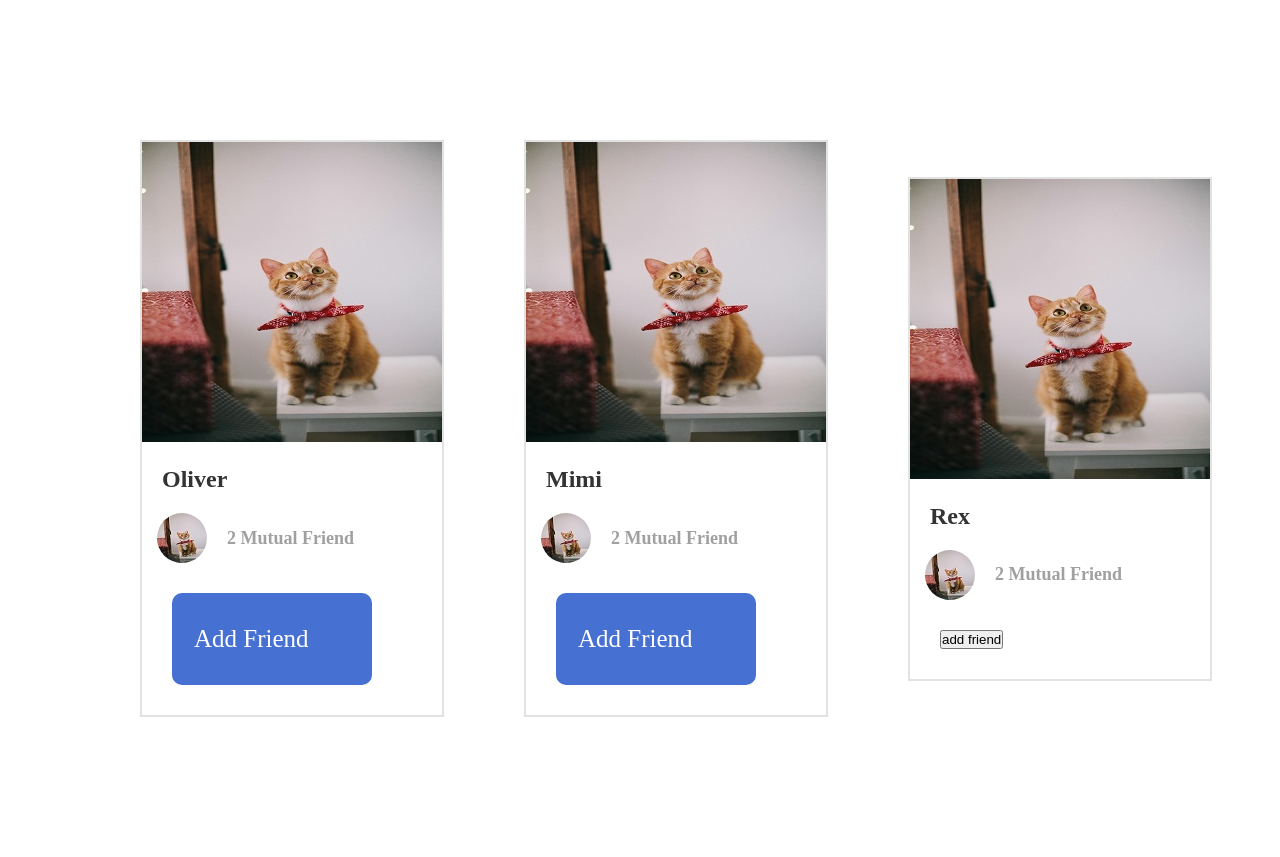
Repository: arifshahriyarnader/css-flexbox
Page: Exercise 2/index.html
These files come from the project's save history. The page is drawn as it stood at one moment and after the next save; the edit follows.
The browser window is 1280 px wide. The pictures show the whole page.

Above is the page before, as saved 2024-06-16 01:44:38.

### Exercise 2/index.html
<!DOCTYPE html>
<html lang="en">
<head>
    <meta charset="UTF-8">
    <meta name="viewport" content="width=device-width, initial-scale=1.0">
    <title>Exercise 2</title>
    <link rel="stylesheet" href="css/style.css">
</head>
<body>
    <section class="fb_add">
        <div class="add">
            <div class="add_content">
                <img src="images/cat1.jpg" alt="cat 1">
                <h2>Oliver</h2>
                <div class="mutual_sec">
                    <img src="images/resizer1.jpg" alt="resizer image">
                    <p>2 Mutual  Friend</p>
                </div>
                <div class="add_friend">
                    <p>add friend</p>
                </div>
            </div>

            <div class="add_content">
                <img src="images/cat1.jpg" alt="cat 1">
                <h2>Mimi</h2>
                <div class="mutual_sec">
                    <img src="images/resizer1.jpg" alt="resizer image">
                    <p>2 Mutual  Friend</p>
                </div>
                <div class="add_friend">
                    <p>add friend</p>
                </div>
            </div>

            <div class="add_content">
                <img src="images/cat1.jpg" alt="cat 1">
                <h2>Rex</h2>
                <div class="mutual_sec">
                    <img src="images/resizer1.jpg" alt="resizer image">
                    <p>2 Mutual  Friend</p>
                </div>
                <div class="add_friend">
                    <button type="submit">add friend</button>
                </div>
            </div>

        </div>
    </section>
</body>
</html>

### Exercise 2/css/style.css
*{
    margin:0px;
    padding:0px;
    box-sizing: border-box;
}
.fb_add{
    margin:100px;
}
.add{
    display: flex;
    align-items: center;
    justify-content: space-around;

}
.add_content{
    background-color: #fff;
    border:2px solid #E2E2E2;
    margin:40px;
}
.add_content h2{
    padding:20px;
    color:#333;
}
.mutual_sec{
    display: flex;
    align-items: center;
}

.mutual_sec img{
    margin-left: 15px;
    border-radius: 30px;

}
.mutual_sec p{
    color:#A0A0A0;
    font-size: 18px;
    padding-left: 20px;
    font-weight: bold;
}

.add_friend {
    margin:30px 0px 30px 0px;
    padding-left:30px;
}
.add_friend p{
    color:#fff;
    background-color: #4770D3;
    width: 200px;
    padding:30px 55px 30px 20px;
    font-size:25px;
    text-transform: capitalize;
    border: 2px solid #4770D3;
    border-radius: 10px;
    box-sizing: border-box;
}

After the next save:
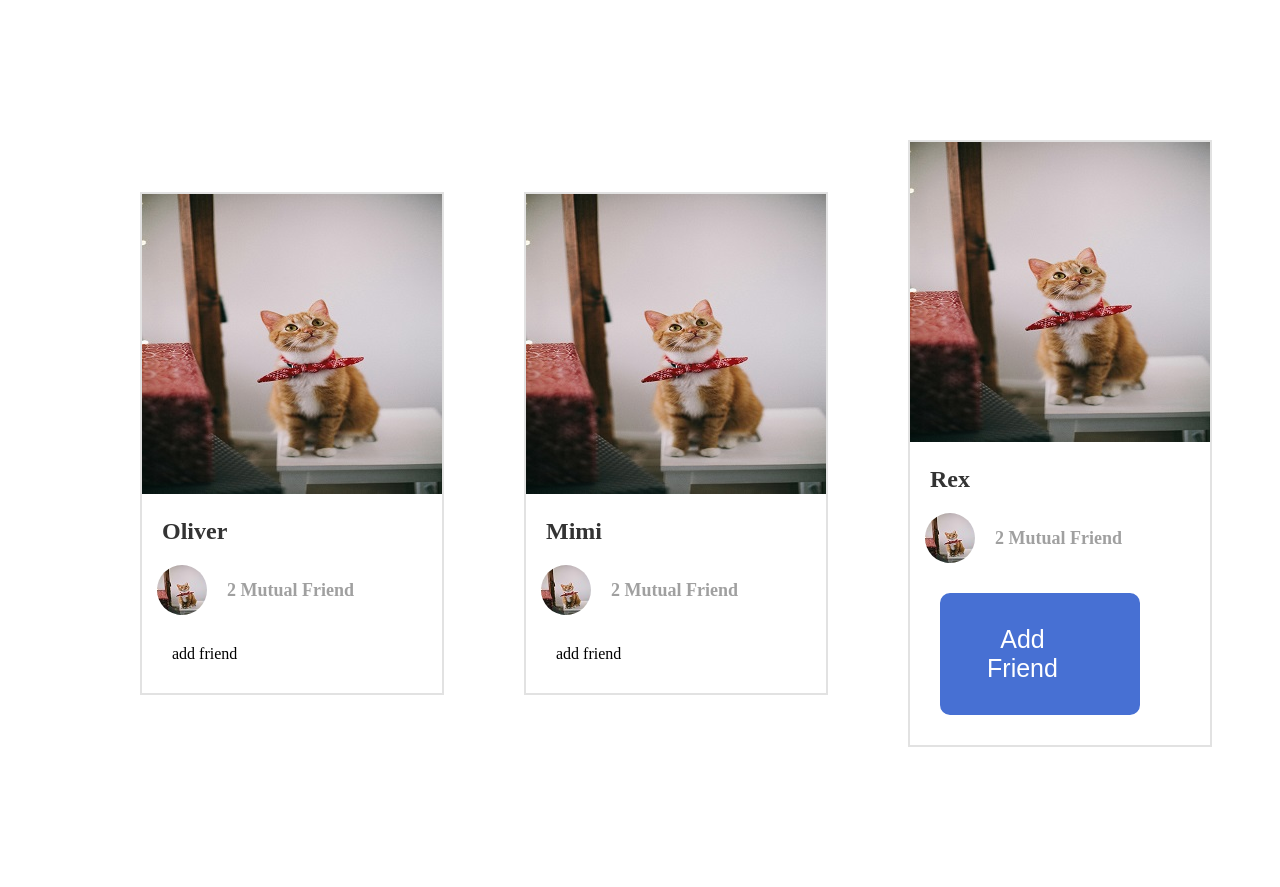
Saved 8 s later.
--- a/Exercise 2/css/style.css
+++ b/Exercise 2/css/style.css
@@ -42,7 +42,7 @@
     margin:30px 0px 30px 0px;
     padding-left:30px;
 }
-.add_friend p{
+.add_friend button{
     color:#fff;
     background-color: #4770D3;
     width: 200px;
